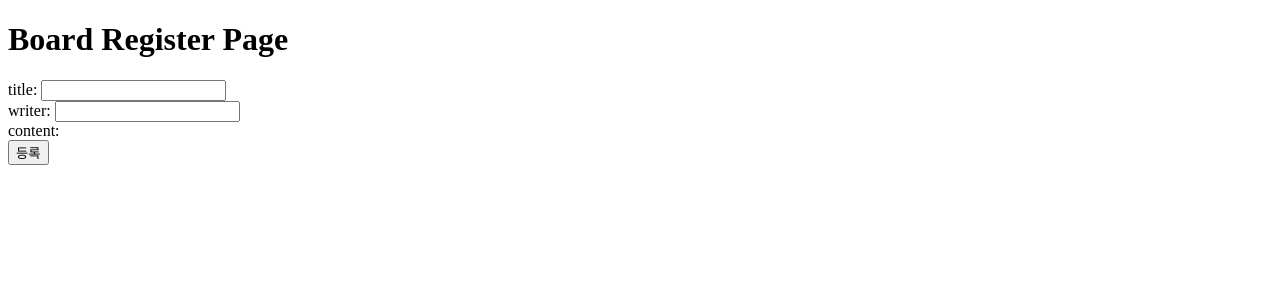
Repository: Leesunghoon1/brd_mem
Page: http://localhost/jps_BoardMember/board/register.jsp
An editor plug-in stored every save of this project. The page is shown before and after the next save, followed by the edit.
The browser window is 1280 px wide. The pictures show the whole page.
The page is served by Tomcat 9.

Above is the page before, as saved 2023-09-06 12:06:07.

After the next save:
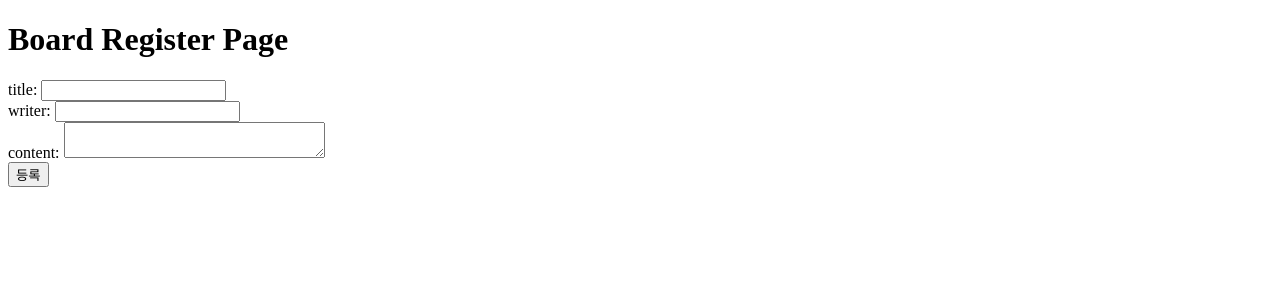
Saved 65 s later.
--- a/jps_BoardMember/src/main/webapp/board/register.jsp
+++ b/jps_BoardMember/src/main/webapp/board/register.jsp
@@ -12,7 +12,7 @@
 
 	title: <input type="text" name="title"><br>
 	writer: <input type="text" name="writer"><br>
-	content: <texttarea row="3" cols="30" name="content"></texttarea><br>
+	content: <textarea row="3" cols="30" name="content"></textarea><br>
 	<button type="submit">등록</button>
 
 
